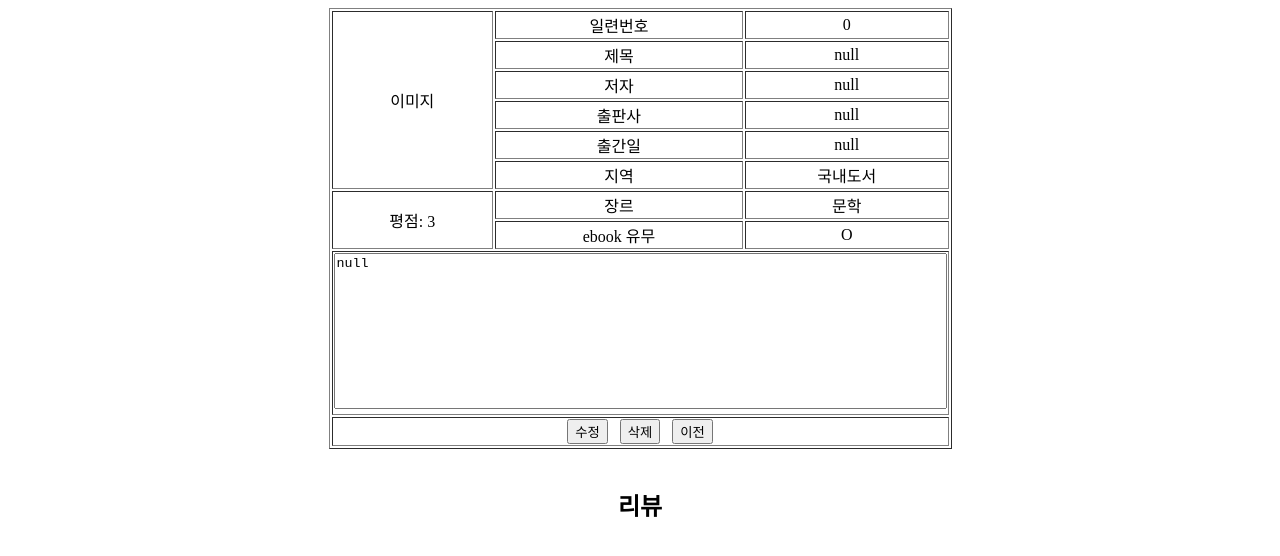
Repository: Served01/Project2_2209
Page: http://localhost/bookReviewProgram/bkSelectPro.jsp
These files come from the project's save history. The page is drawn as it stood at one moment and after the next save; the edit follows.
The browser window is 1280 px wide. The pictures show the whole page.
The page is served by Tomcat 9. Queries for data that is not in the repository find no rows.

Above is the page before, as saved 2022-09-26 05:24:22.

After the next save:
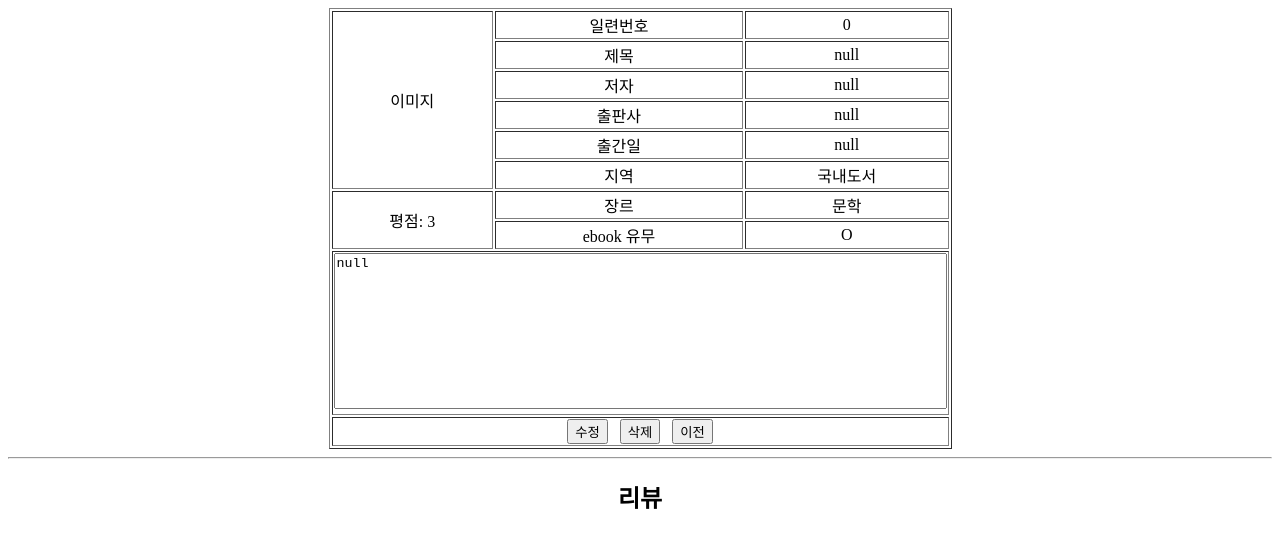
Saved 25 min 59 s later.
--- a/bookReviewProgram/src/main/webapp/bkSelectPro.jsp
+++ b/bookReviewProgram/src/main/webapp/bkSelectPro.jsp
@@ -125,9 +125,9 @@ margin: auto;
 </table>
 
 <!-- 책 리뷰 목록 표시 -->
-<br>
+<hr>
 <h2 align="center">리뷰</h2>
-<br>
+
 <%
 	int rv_bknumber = bk_number;
 
